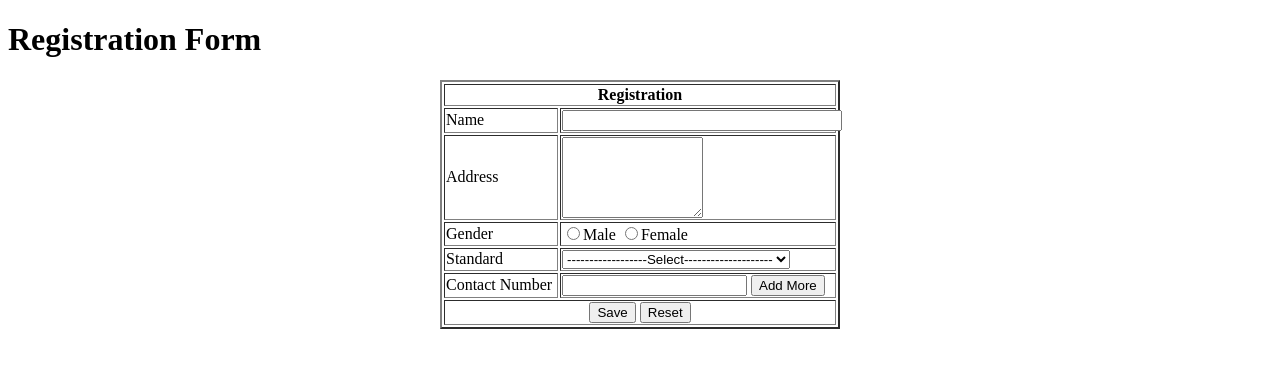
Repository: nsbgit/JavaTutorial
Page: http://localhost/2ndBatch/
These files come from the project's save history. The page is drawn as it stood at one moment and after the next save; the edit follows.
The browser window is 1280 px wide. The pictures show the whole page.
The page is served by Tomcat 9.

Above is the page before, as saved 2013-12-17 20:28:44.

### Webel Daily Home/J2EE Webel Tutorial Class/2ndBatch/WebContent/1st.jsp
<%@ page language="java" contentType="text/html; charset=ISO-8859-1"
    pageEncoding="ISO-8859-1"%>
<!DOCTYPE html PUBLIC "-//W3C//DTD HTML 4.01 Transitional//EN" "http://www.w3.org/TR/html4/loose.dtd">
<html>
<head>
<meta http-equiv="Content-Type" content="text/html; charset=ISO-8859-1">
<title>Webel Tutorial</title>
</head>
<body>
	<form action="#" method="post">
	<%--
	We have to draw or make a table inside form tag because this tag is required to pass the value into SERVLET
	 --%>
		<table border="2" width="400px" align="center">
		<%--
		Table is created into a row and column manner
		 --%>
			<h1 >Registration Form</h1> <%-- This is for heading of the page --%>

			<tr>
			<%--
			This tag is used for creation of a new row
			 --%>
				<th align="center" colspan="2">Registration</th> <%-- This tag is used for table header --%>
			</tr>

			<tr>
				<td>Name</td> <%-- This tag is for the new column for a particular row --%>
				<td>
					<input type="text" style="width: 100%"> <%-- Syntax for TEXTBOX --%>
				</td>
			</tr>

			<tr>
				<td>Address</td>
				<td>
					<textarea rows="5" cols="15"></textarea> <%-- Syntax for TEXT AREA --%>
				</td>
			</tr>


			<tr>
				<td>Gender</td>
				<td>
					<input type="radio">Male <%-- Syntax for RADIO BUTTON --%>
					<input type="radio">Female
				</td>
			</tr>

			<tr>
				<td>Standard</td>
				<td>
					<select>
					<%--
					This tag is used for creation of drop down list but the option will be not created through it.
					 --%>
						<option>------------------Select--------------------</option>
						<%--
						Options will be created by this tag
						 --%>
						<option>Standard 1</option>
						<option>Standard 2</option>
						<option>Standard 3</option>
						<option>Standard 4</option>
					</select>
				</td>
			</tr>

			<tr>
				<td>Contact Number</td>
				<td>
					<input type="text">
					<input type="button" value="Add More"><%-- Syntax for BUTTON --%>
				</td>
			</tr>

			<tr>
				<td align="center" colspan="2">
					<input type="submit" value="Save">
					<input type="reset" value="Reset">
				</td>
			</tr>



		</table>
	</form>
</body>
</html>

After the next save:
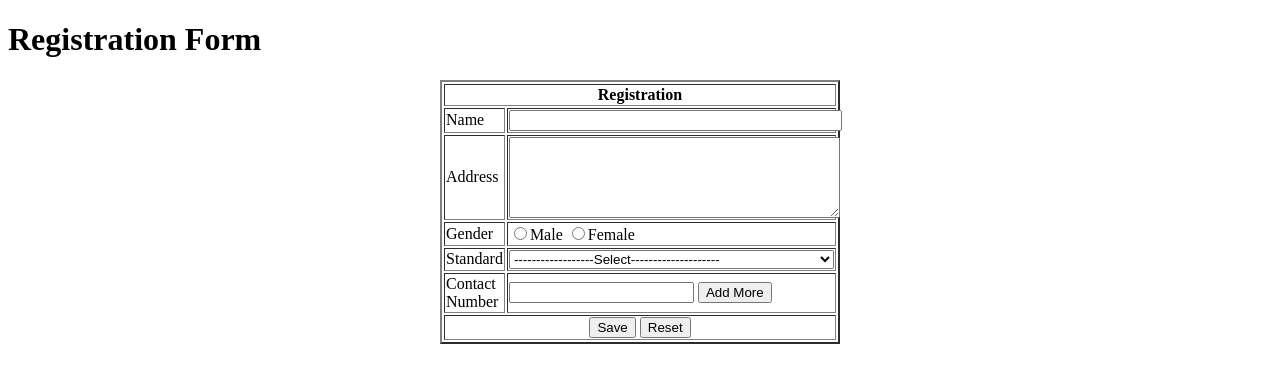
Saved 2 min 28 s later.
--- a/Webel Daily Home/J2EE Webel Tutorial Class/2ndBatch/WebContent/1st.jsp
+++ b/Webel Daily Home/J2EE Webel Tutorial Class/2ndBatch/WebContent/1st.jsp
@@ -34,14 +34,14 @@
 			<tr>
 				<td>Address</td>
 				<td>
-					<textarea rows="5" cols="15"></textarea> <%-- Syntax for TEXT AREA --%>
+					<textarea rows="5" cols="15" style="width: 100%"></textarea> <%-- Syntax for TEXT AREA --%>
 				</td>
 			</tr>
 
 
 			<tr>
 				<td>Gender</td>
-				<td>
+				<td style="width: 100%">
 					<input type="radio">Male <%-- Syntax for RADIO BUTTON --%>
 					<input type="radio">Female
 				</td>
@@ -50,7 +50,7 @@
 			<tr>
 				<td>Standard</td>
 				<td>
-					<select>
+					<select style="width: 100%">
 					<%--
 					This tag is used for creation of drop down list but the option will be not created through it.
 					 --%>
@@ -68,14 +68,14 @@
 
 			<tr>
 				<td>Contact Number</td>
-				<td>
+				<td style="width: 100%">
 					<input type="text">
 					<input type="button" value="Add More"><%-- Syntax for BUTTON --%>
 				</td>
 			</tr>
 
 			<tr>
-				<td align="center" colspan="2">
+				<td align="center" colspan="2" style="width: 100%">
 					<input type="submit" value="Save">
 					<input type="reset" value="Reset">
 				</td>

After the save that followed:
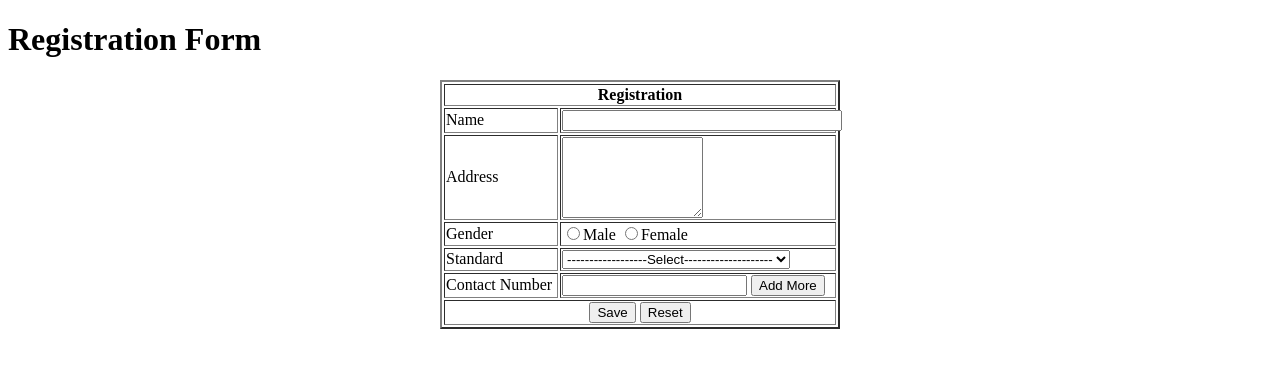
Saved 109 s later.
--- a/Webel Daily Home/J2EE Webel Tutorial Class/2ndBatch/WebContent/1st.jsp
+++ b/Webel Daily Home/J2EE Webel Tutorial Class/2ndBatch/WebContent/1st.jsp
@@ -34,14 +34,14 @@
 			<tr>
 				<td>Address</td>
 				<td>
-					<textarea rows="5" cols="15" style="width: 100%"></textarea> <%-- Syntax for TEXT AREA --%>
+					<textarea rows="5" cols="15"></textarea> <%-- Syntax for TEXT AREA --%>
 				</td>
 			</tr>
 
 
 			<tr>
 				<td>Gender</td>
-				<td style="width: 100%">
+				<td>
 					<input type="radio">Male <%-- Syntax for RADIO BUTTON --%>
 					<input type="radio">Female
 				</td>
@@ -50,7 +50,7 @@
 			<tr>
 				<td>Standard</td>
 				<td>
-					<select style="width: 100%">
+					<select>
 					<%--
 					This tag is used for creation of drop down list but the option will be not created through it.
 					 --%>
@@ -68,14 +68,14 @@
 
 			<tr>
 				<td>Contact Number</td>
-				<td style="width: 100%">
+				<td>
 					<input type="text">
 					<input type="button" value="Add More"><%-- Syntax for BUTTON --%>
 				</td>
 			</tr>
 
 			<tr>
-				<td align="center" colspan="2" style="width: 100%">
+				<td align="center" colspan="2">
 					<input type="submit" value="Save">
 					<input type="reset" value="Reset">
 				</td>
